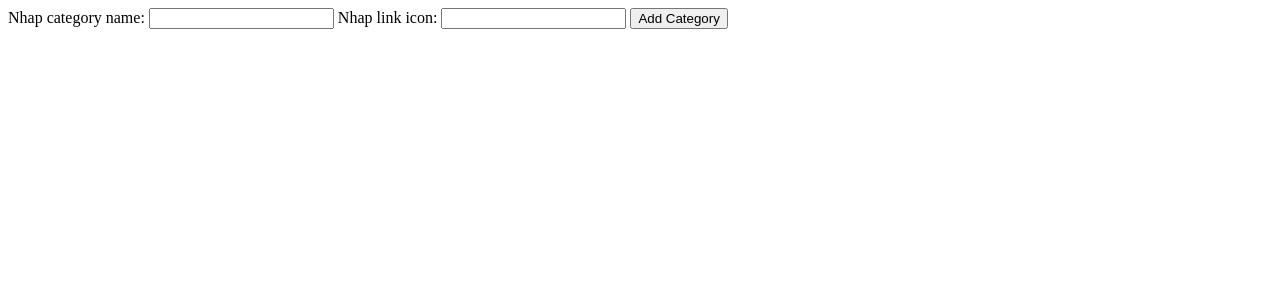
Repository: vule2809/LTW-20146307
Page: http://localhost/Banxemay_nhom10/views/category/addCategory.jsp
The author's editor kept a copy of each file at every save. The page is drawn from the files as they stood at one save, then again after the next save.
The browser window is 1280 px wide. The pictures show the whole page.
The page is served by Tomcat 9. Nobody is signed in. The application's start-up code is not run. Other server files are loaded and not shown.

Above is the page before, as saved 2023-12-10 01:12:27.

### Banxemay_nhom10/src/main/webapp/views/category/addCategory.jsp
<%@ page language="java" contentType="text/html; charset=UTF-8"
    pageEncoding="UTF-8"%>
<%@ taglib uri="http://java.sun.com/jsp/jstl/core" prefix="c" %>
<!DOCTYPE html>
<html>
<head>
<meta charset="UTF-8">
<title>Insert title here</title>
</head>
<body>
	<form action="add" method="post">
			<label>Nhap category name:</label>
			<input type="text" name="cateName">
			<label>Nhap link icon:</label>
			<input type="text" name="image">

			<input type="submit" value="Add Category">

	</form>

</body>
</html>

After the next save:
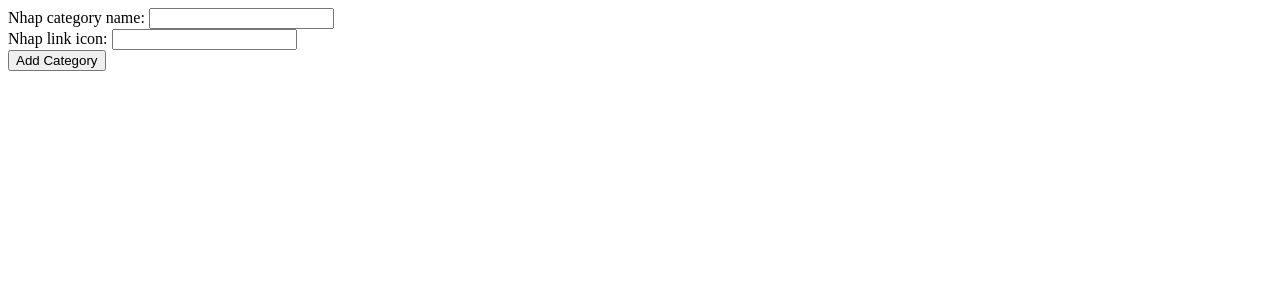
Saved 39 s later.
--- a/Banxemay_nhom10/src/main/webapp/views/category/addCategory.jsp
+++ b/Banxemay_nhom10/src/main/webapp/views/category/addCategory.jsp
@@ -10,9 +10,9 @@
 <body>
 	<form action="add" method="post">
 			<label>Nhap category name:</label>
-			<input type="text" name="cateName">
+			<input type="text" name="cateName"><br>
 			<label>Nhap link icon:</label>
-			<input type="text" name="image">
+			<input type="text" name="image"><br>
 
 			<input type="submit" value="Add Category">
 
